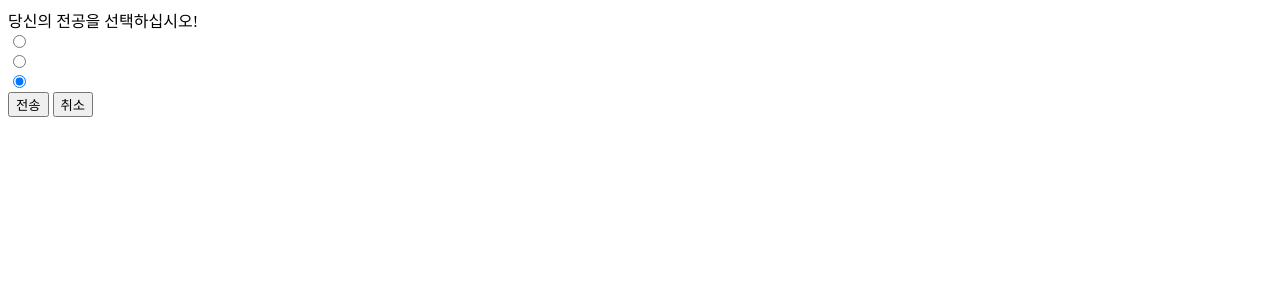
Repository: Ryustam/JSP
Page: http://localhost/jsp_practice/ex_29(radio).jsp
These files come from the project's save history. The page is drawn as it stood at one moment and after the next save; the edit follows.
The browser window is 1280 px wide. The pictures show the whole page.
The page is served by Tomcat 9. Other server files are loaded and not shown.

Above is the page before, as saved 2021-11-03 03:23:54.

### jsp_practice/src/main/webapp/ex_29(radio).jsp
<%@ page language="java" contentType="text/html; charset=UTF-8"
    pageEncoding="UTF-8"%>
<!DOCTYPE html>
<html>
<head>
<meta charset="UTF-8">
<title>전공선택</title>
</head>
<body>
당신의 전공을 선택하십시오! <br>
<form method="get" action="ex_29(get).jsp">

<input type="radio" name="major" value="웹서비스" checked><br>
<input type="radio" name="major" value="웹서비스" checked><br>
<input type="radio" name="major" value="웹서비스" checked><br>
<input type="submit" value="전송">
<input type="reset" value="취소">

</form>

</body>
</html>

After the next save:
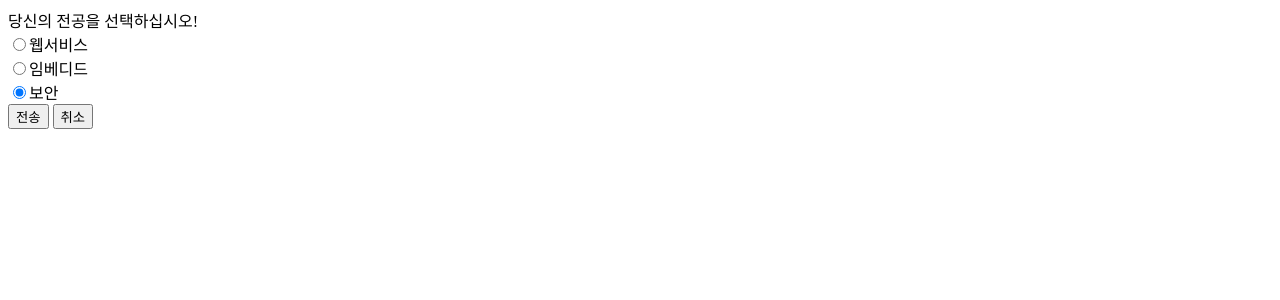
Saved 33 s later.
--- a/jsp_practice/src/main/webapp/ex_29(radio).jsp
+++ b/jsp_practice/src/main/webapp/ex_29(radio).jsp
@@ -10,9 +10,9 @@
 당신의 전공을 선택하십시오! <br>
 <form method="get" action="ex_29(get).jsp">
 
-<input type="radio" name="major" value="웹서비스" checked><br>
-<input type="radio" name="major" value="웹서비스" checked><br>
-<input type="radio" name="major" value="웹서비스" checked><br>
+<input type="radio" name="major" value="웹서비스" checked>웹서비스<br>
+<input type="radio" name="major" value="임베디드" checked>임베디드<br>
+<input type="radio" name="major" value="보안" checked>보안<br>
 <input type="submit" value="전송">
 <input type="reset" value="취소">
 
